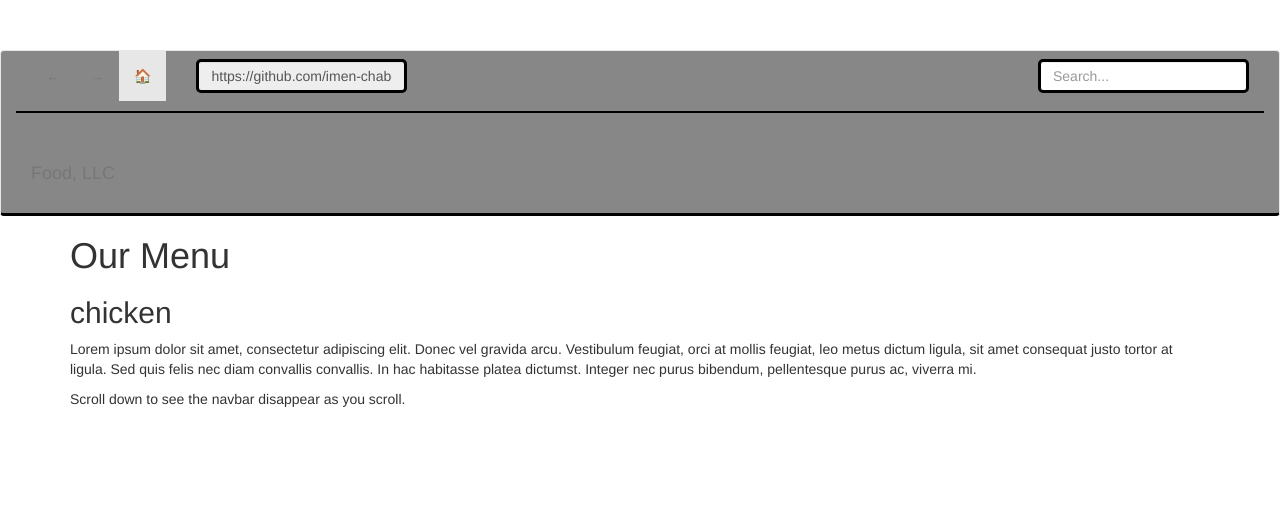
Repository: imen-chabchoub/coursera-test1
Page: mod3-solution/index.html
The author's editor kept a copy of each file at every save. The page is drawn from the files as they stood at one save, then again after a run of saves.
The browser window is 1280 px wide. The pictures show the whole page.

Above is the page before, as saved 2025-02-12 14:47:58.

After the next 2 saves:
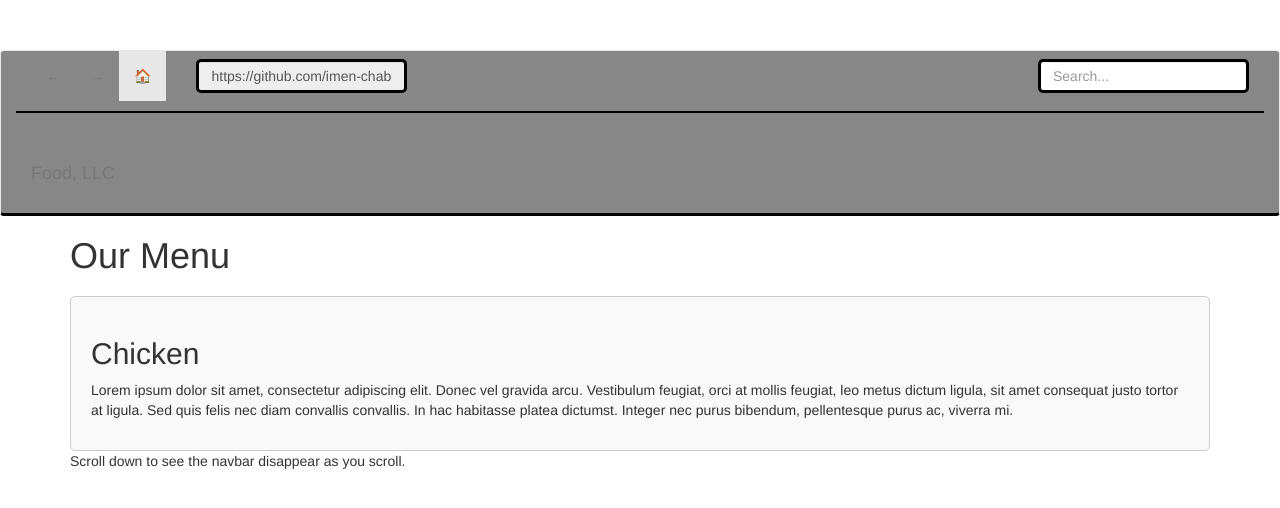
The 2 saves are shown as one change because they came seconds apart.
The last was saved 46 s later.
--- a/mod3-solution/index.html
+++ b/mod3-solution/index.html
@@ -45,10 +45,13 @@
     <!-- Content -->
     <div class="container">
         <h1>Our Menu</h1>
-        <h2>chicken</h2>
-        <p>Lorem ipsum dolor sit amet, consectetur adipiscing elit. Donec vel gravida arcu. Vestibulum feugiat, orci at mollis feugiat, leo metus dictum ligula, sit amet consequat justo tortor at ligula. Sed quis felis nec diam convallis convallis. In hac habitasse platea dictumst. Integer nec purus bibendum, pellentesque purus ac, viverra mi.</p>
+        <div class="menu-section">
+            <h2>Chicken</h2>
+            <p>Lorem ipsum dolor sit amet, consectetur adipiscing elit. Donec vel gravida arcu. Vestibulum feugiat, orci at mollis feugiat, leo metus dictum ligula, sit amet consequat justo tortor at ligula. Sed quis felis nec diam convallis convallis. In hac habitasse platea dictumst. Integer nec purus bibendum, pellentesque purus ac, viverra mi.</p>
+        </div>
         <p>Scroll down to see the navbar disappear as you scroll.</p>
     </div>
+
 
     <script src="https://ajax.googleapis.com/ajax/libs/jquery/1.12.4/jquery.min.js"></script>
     <script src="https://maxcdn.bootstrapcdn.com/bootstrap/3.3.7/js/bootstrap.min.js"></script>
